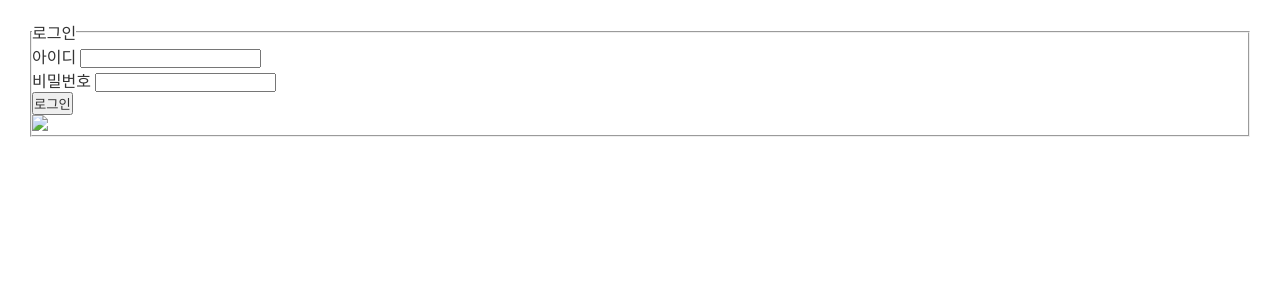
Repository: Choiinhwan11/JAVA
Page: Web/workspace/AJax_jQuery/src/main/webapp/02_xml/exam04.html
An editor plug-in stored every save of this project. The page is shown before and after the next save, followed by the edit.
The browser window is 1280 px wide. The pictures show the whole page.

Above is the page before, as saved 2024-02-16 07:57:07.
Not found: Web/workspace/AJax_jQuery/src/main/webapp/img/loader.gif

After the next save:
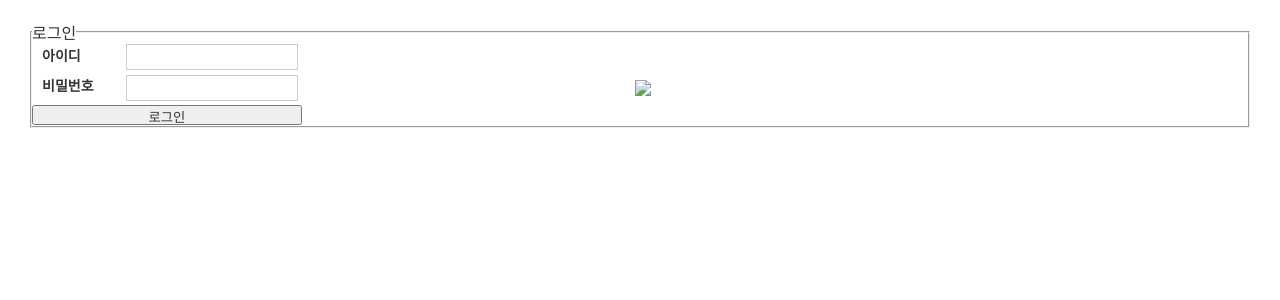
Saved 23 s later.
--- a/Web/workspace/AJax_jQuery/src/main/webapp/02_xml/exam04.html
+++ b/Web/workspace/AJax_jQuery/src/main/webapp/02_xml/exam04.html
@@ -79,7 +79,7 @@ body {
 <body>
 	<form>
 
-		<fieldset>
+		<fieldset id="login">
 			<legend>로그인</legend>
 			<div>
 				<label for="user_id">아이디</label>
